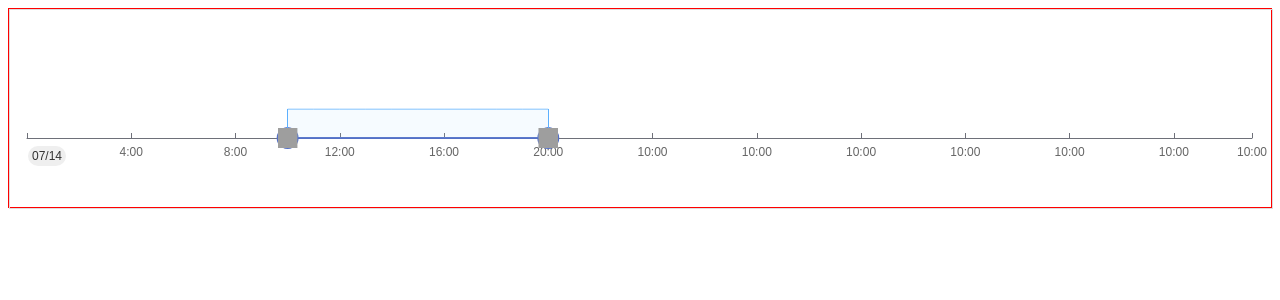
Repository: hanjituan/npm-package
Page: /
These files come from the project's save history. The page is drawn as it stood at one moment and after the next save; the edit follows.
The browser window is 1280 px wide. The pictures show the whole page.
Pictures or frames that could not be fetched are drawn as grey boxes. The project was rebuilt for these pictures with package versions that can differ from the ones it lists, and the page was loaded fresh each time. Also part of the build but not shown: vite.config.js.

Above is the page before, as saved 2025-07-14 10:45:07.

After the next save:
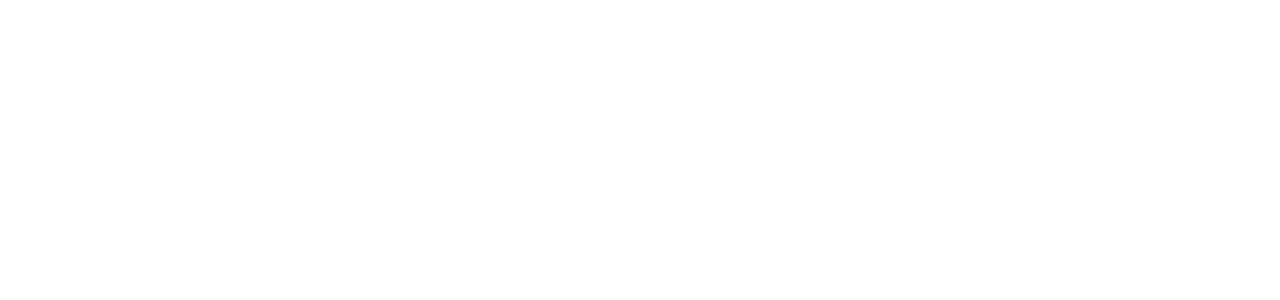
Console error: ReferenceError: ref is not defined
Saved 12 s later.
--- a/src/App.vue
+++ b/src/App.vue
@@ -6,6 +6,7 @@
 
 <script setup>
 import DragChart from "./components/drag-chart.vue";
+const activeTime = ref(null);
 </script>
 
 <style scoped>

After the save that followed:
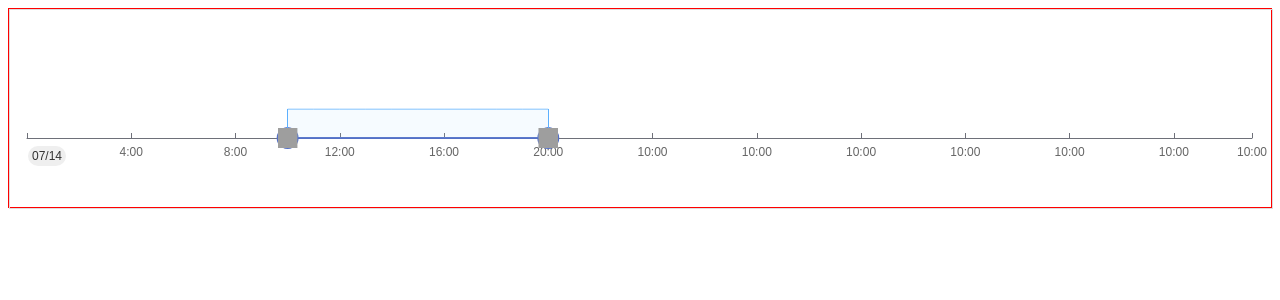
The error is gone.
Saved 8 s later.
--- a/src/App.vue
+++ b/src/App.vue
@@ -5,6 +5,7 @@
 </template>
 
 <script setup>
+import { ref } from "vue";
 import DragChart from "./components/drag-chart.vue";
 const activeTime = ref(null);
 </script>
